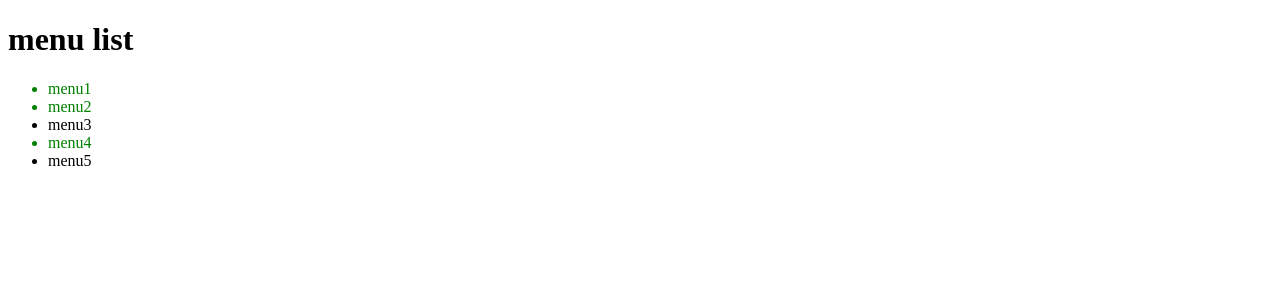
Repository: harin1212/PDA-frontend
Page: js04/dom1.html
These files come from the project's save history. The page is drawn as it stood at one moment and after the next save; the edit follows.
The browser window is 1280 px wide. The pictures show the whole page.

Above is the page before, as saved 2023-08-09 16:02:53.

### js04/dom1.html
<!DOCTYPE html>
<html lang="en">
<head>
    <meta charset="UTF-8">
    <meta name="viewport" content="width=device-width, initial-scale=1.0">
    <title>dom</title>
    <script defer src="js/dom1.js"></script>
    <style>
        .red{
            color: red;
        }
        .green{
            color: green;
        }
    </style>
</head>
<body>
    <!-- <button type="button" id="win_open">열기</button> -->
<!--     <ul>
        <li id="listId">list-1</li>
        <li name="listName" class="listClass">list-2</li>
        <li class="listClass">list-3</li>
        <li name="listname">list-4</li>
    </ul>
    <input type="text" name="irum"> -->

    <div>
        <h1>menu list</h1>
        <ul>
            <li id="m1" class="red">menu1</li>
            <li id="m2" class="red">menu2</li>
            <li id="m3">menu3</li>
            <li id="m4" class="red">menu4</li>
            <li>menu5</li>
        </ul>
    </div>
</body>
</html>

### js04/js/dom1.js
//----------------- DOM -----------------

/* document.getElementById('win_open').onclick = function(){
    //location.href="http://www.naver.com";
    document.write('hello');
} */

//----------------- HTML 태그 속성 -----------------
/* //html body
let d = document.body;
console.log(d);
//html id값 받아오기
let list_id = document.getElementById('listId');
console.log(list_id);
//html class 값 받아오기
let li_class = document.getElementsByClassName('listClass');
console.log(li_class);
//tag 값 받아오기 ex.li
let tagname = document.getElementsByTagName('li');
console.log(tagname);

let names = document.getElementsByName('listName');
console.log(names);

let child1 = document.body.children;
console.log(child1);
//li 3번째 받아오기
//let lis = document.getElementsByTagName('li')[2].textContent;
//let lis = document.getElementsC('li')[2].className;
//let lis = document.getElementsC('li')[2].tagName;
console.log(lis); */

//----------------- menu -----------------
//querySelectorAll('.class') == getElementByClassName('class')
let elered = document.querySelectorAll('.red'); //정적
//let elered = document.getElementsByClassName('red'); //가변적

for(let i = 0; i < elered.length; i++){
    elered[i].className = 'green';
}

console.log(elered);

After the next save:
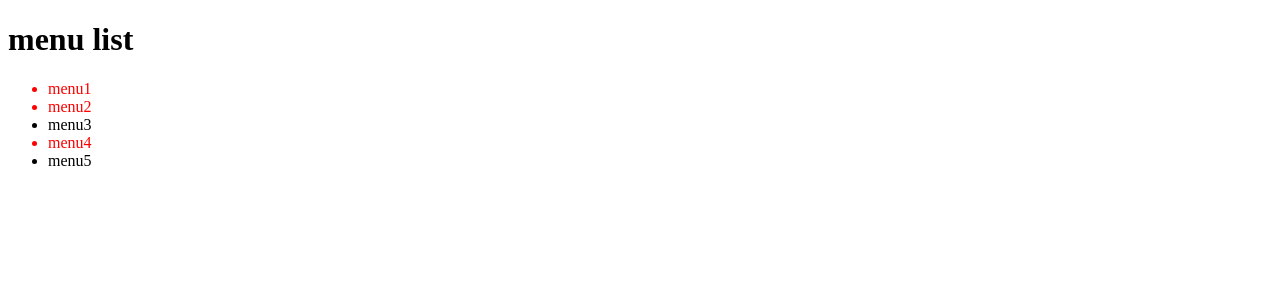
Console error: SyntaxError: Identifier 'i' has already been declared
Saved 4 min 51 s later.
--- a/js04/js/dom1.js
+++ b/js04/js/dom1.js
@@ -32,11 +32,19 @@ console.log(lis); */
 
 //----------------- menu -----------------
 //querySelectorAll('.class') == getElementByClassName('class')
-let elered = document.querySelectorAll('.red'); //정적
-//let elered = document.getElementsByClassName('red'); //가변적
+//let elered = document.querySelectorAll('.red'); //정적
+let elered = document.getElementsByClassName('red'); //가변적
 
-for(let i = 0; i < elered.length; i++){
-    elered[i].className = 'green';
+//sol 1. i--
+/* for (let i = 0; i < elered.length; i++){
+    elered[i].className = 'green'; // -> lenth길이 바뀌므로 menu2는 색 안바뀜
+    i--; //solution
+} */
+
+//sol 2.
+for (let i = elered.length-1, i>=0; i--) {
+    elered[i].className='green'
+
 }
 
 console.log(elered);
